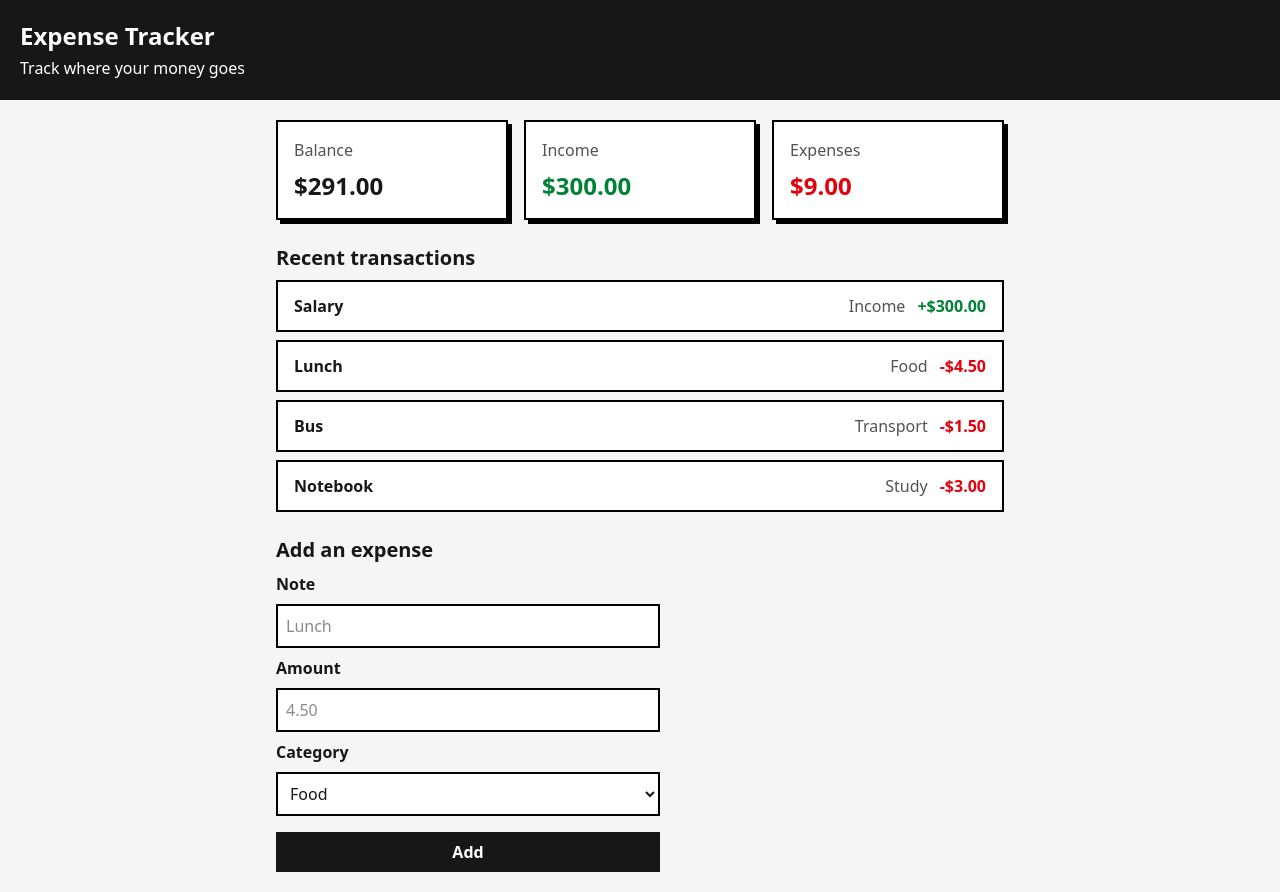
Repository: Keanbunheng/html-basics-Day1_AI
Page: expense-tracker-w2-d4-start/index.html
An editor plug-in stored every save of this project. The page is shown before and after a run of saves, followed by the edit.
The browser window is 1280 px wide. The pictures show the whole page.

Above is the page before, as saved 2026-11-17 21:04:56.
Console error: SyntaxError: Unexpected token '<'

### expense-tracker-w2-d4-start/index.html
<!doctype html>
<html lang="en">
  <head>
    <meta charset="UTF-8" />
    <meta name="viewport" content="width=device-width, initial-scale=1.0" />
    <title>Expense Tracker</title>
    <script src="https://cdn.jsdelivr.net/npm/@tailwindcss/browser@4.1.18"></script>
  </head>
  <body class="bg-neutral-100 text-neutral-900">
    <header class="bg-neutral-900 p-5 text-white">
      <h1 class="mb-1 text-2xl font-bold">Expense Tracker</h1>
      <p>Track where your money goes</p>
    </header>

    <main class="mx-auto max-w-3xl p-5">
      <section class="mb-6 flex flex-col gap-4 sm:flex-row">
        <div
          class="flex-1 border-2 border-black bg-white p-4 shadow-[4px_4px_0_#000]"
        >
          <p class="mb-2 text-neutral-600">Balance</p>
          <p class="text-2xl font-bold">$291.00</p>
        </div>
        <div
          class="flex-1 border-2 border-black bg-white p-4 shadow-[4px_4px_0_#000]"
        >
          <p class="mb-2 text-neutral-600">Income</p>
          <p class="text-2xl font-bold text-green-700">$300.00</p>
        </div>
        <div
          class="flex-1 border-2 border-black bg-white p-4 shadow-[4px_4px_0_#000]"
        >
          <p class="mb-2 text-neutral-600">Expenses</p>
          <p class="text-2xl font-bold text-red-600">$9.00</p>
        </div>
      </section>

      <section class="mb-6">
        <h2 class="mb-2 text-xl font-bold">Recent transactions</h2>
        <ul id="list-container">
          <li
            class="mb-2 flex flex-col gap-1 border-2 border-black bg-white px-4 py-3 sm:flex-row sm:justify-between sm:gap-3"
          >
            <span class="flex-1 font-semibold">Salary</span>
            <span class="text-neutral-600">Income</span>
            <span class="font-bold text-green-700">+$300.00</span>
          </li>
          <li
            class="mb-2 flex flex-col gap-1 border-2 border-black bg-white px-4 py-3 sm:flex-row sm:justify-between sm:gap-3"
          >
            <span class="flex-1 font-semibold">Lunch</span>
            <span class="text-neutral-600">Food</span>
            <span class="font-bold text-red-600">-$4.50</span>
          </li>
          <li
            class="mb-2 flex flex-col gap-1 border-2 border-black bg-white px-4 py-3 sm:flex-row sm:justify-between sm:gap-3"
          >
            <span class="flex-1 font-semibold">Bus</span>
            <span class="text-neutral-600">Transport</span>
            <span class="font-bold text-red-600">-$1.50</span>
          </li>
          <li
            class="mb-2 flex flex-col gap-1 border-2 border-black bg-white px-4 py-3 sm:flex-row sm:justify-between sm:gap-3"
          >
            <span class="flex-1 font-semibold">Notebook</span>
            <span class="text-neutral-600">Study</span>
            <span class="font-bold text-red-600">-$3.00</span>
          </li>
        </ul>
      </section>

      <section>
        <h2 class="mb-2 text-xl font-bold">Add an expense</h2>
        <form class="flex max-w-sm flex-col gap-2" id="input">
          <label for="note" class="font-semibold">Note</label>
          <input
            id="note"
            type="text"
            placeholder="Lunch"
            class="border-2 border-black bg-white p-2"
          />

          <label for="amount" class="font-semibold">Amount</label>
          <input
            id="amount"
            type="number"
            step="0.01"
            placeholder="4.50"
            class="border-2 border-black bg-white p-2"
          />

          <label for="category" class="font-semibold">Category</label>
          <select id="category" class="border-2 border-black bg-white p-2">
            <option>Food</option>
            <option>Transport</option>
            <option>Study</option>
            <option>Other</option>
          </select>

          <button
            type="submit"
            class="mt-2 bg-neutral-900 p-2 font-semibold text-white"
            id="Button"
          >
            Add
          </button>
        </form>
      </section>
    </main>
    <script src="app.js"></script>
  </body>
</html>

### expense-tracker-w2-d4-start/app.js
const transactions = [
  {
    id: 1,
    note: 'Salary',
    category: 'Income',
    type: 'income',
    amountCents: 30000,
  },
  { id: 2, note: 'Lunch', category: 'Food', type: 'expense', amountCents: 450 },
  {
    id: 3,
    note: 'Bus',
    category: 'Transport',
    type: 'expense',
    amountCents: 150,
  },
  {
    id: 4,
    note: 'Notebook',
    category: 'Study',
    type: 'expense',
    amountCents: 300,
  },
];

function formatMoney(cents) {
  const sign = cents < 0 ? '-' : '';
  return sign + '$' + (Math.abs(cents) / 100).toFixed(2);
}

function totalCents(list) {
  return list.reduce((sum, tx) => sum + tx.amountCents, 0);
}

function filterByCategory(list, category) {
  return list.filter((tx) => tx.category === category);
}

function filterByType(list, type) {
  return list.filter((tx) => tx.type === type);
}

function summarize(list) {
  const incomeCents = totalCents(filterByType(list, 'income'));
  const expensesCents = totalCents(filterByType(list, 'expense'));
  return {
    incomeCents: incomeCents,
    expensesCents: expensesCents,
    balanceCents: incomeCents - expensesCents,
  };
}

function addTransaction(list, tx) {
  return [...list, tx];
}

// Practice 2 — the AI's totalExpenses, reviewed and fixed:
// whole cents, no off-by-one loop, no duplicated work.
function totalExpenses(list) {
  return totalCents(filterByType(list, 'expense'));
}

const notes = transactions.map((tx) => tx.note);

console.log(formatMoney(transactions[1].amountCents));

// ----- Checks -----
function check(name, actual, expected) {
  const ok = actual === expected;
  console.log(
    ok ? '✓' : '✗',
    name,
    ok ? '' : `(expected ${expected}, got ${actual})`,
  );
}

check('format 450', formatMoney(450), '$4.50');
check('total of all', totalCents(transactions), 30900);
check('Food count', filterByCategory(transactions, 'Food').length, 1);
check('expense count', filterByType(transactions, 'expense').length, 3);
check('balance', summarize(transactions).balanceCents, 29100);
check(
  'new length',
  addTransaction(transactions, {
    id: 5,
    note: 'Coffee',
    category: 'Food',
    type: 'expense',
    amountCents: 250,
  }).length,
  5,
);
check('notes', notes.join(','), 'Salary,Lunch,Bus,Notebook');
check('total expenses', totalExpenses(transactions), 900);

// Edge cases
check('total of empty list', totalCents([]), 0);
check('total expenses of empty list', totalExpenses([]), 0);
check('original list not changed', transactions.length, 4); // after addTransaction

const lists = (document.querySelector('#list-container').innerHTML = '');
lists.innerHTML = transactions
  .map((ele) => (
    <li class="mb-2 flex flex-col gap-1 border-2 border-black bg-white px-4 py-3 sm:flex-row sm:justify-between sm:gap-3">
      <span class="flex-1 font-semibold">{ele.note}</span>
      <span class="text-neutral-600">{ele.category}</span>
      <span class="font-bold text-red-600">{ele.amountCents}</span>
    </li>
  ))
  .join('');

console.log(lists);

After the next 7 saves:
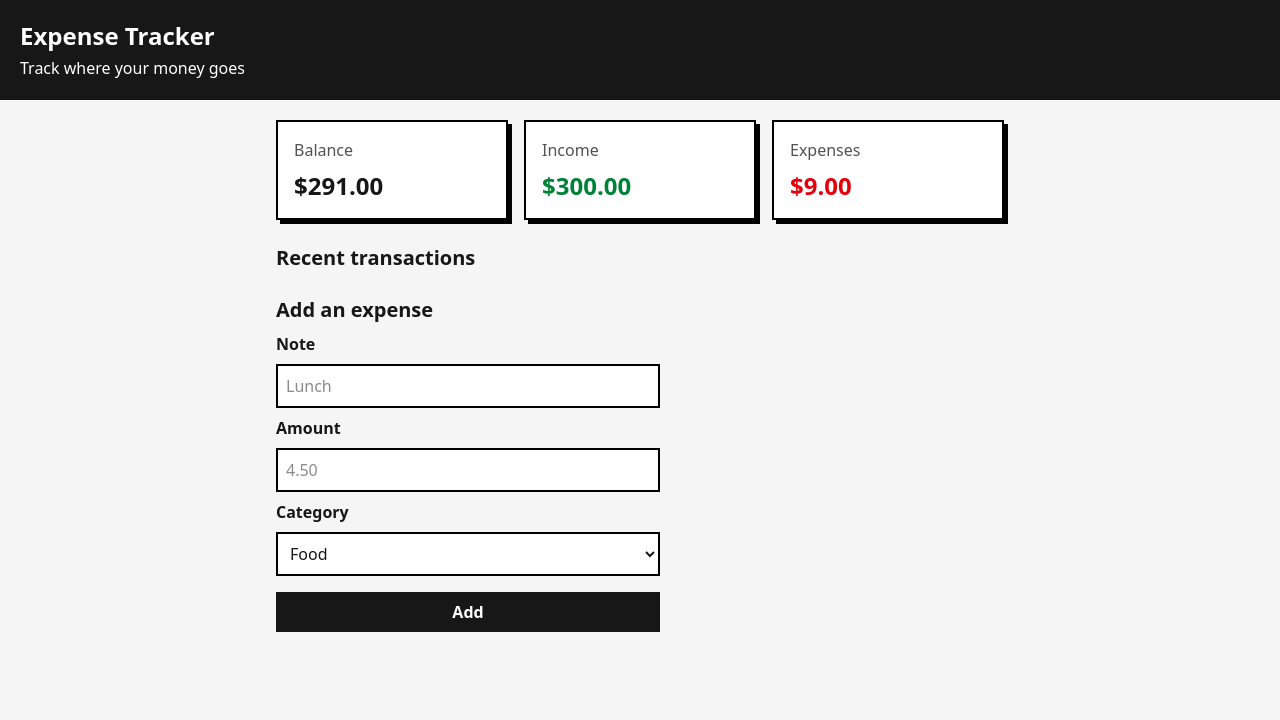
The error is gone.
The 7 saves are shown as one change because they came seconds apart.
The last was saved 17 s later.
--- a/expense-tracker-w2-d4-start/app.js
+++ b/expense-tracker-w2-d4-start/app.js
@@ -99,14 +99,15 @@ check('total expenses of empty list', totalExpenses([]), 0);
 check('original list not changed', transactions.length, 4); // after addTransaction
 
 const lists = (document.querySelector('#list-container').innerHTML = '');
-lists.innerHTML = transactions
-  .map((ele) => (
-    <li class="mb-2 flex flex-col gap-1 border-2 border-black bg-white px-4 py-3 sm:flex-row sm:justify-between sm:gap-3">
-      <span class="flex-1 font-semibold">{ele.note}</span>
-      <span class="text-neutral-600">{ele.category}</span>
-      <span class="font-bold text-red-600">{ele.amountCents}</span>
-    </li>
-  ))
-  .join('');
+lists.innerHTML = transactions.map(
+  (
+    ele,
+  ) => `<li class="mb-2 flex flex-col gap-1 border-2 border-black bg-white px-4 py-3 sm:flex-row sm:justify-between sm:gap-3">
+    <span class="flex-1 font-semibold">{ele.note}</span>
+    <span class="text-neutral-600">{ele.category}</span>
+    <span class="font-bold text-red-600">{ele.amountCents}</span>
+  </li>
+`,
+);
 
 console.log(lists);
